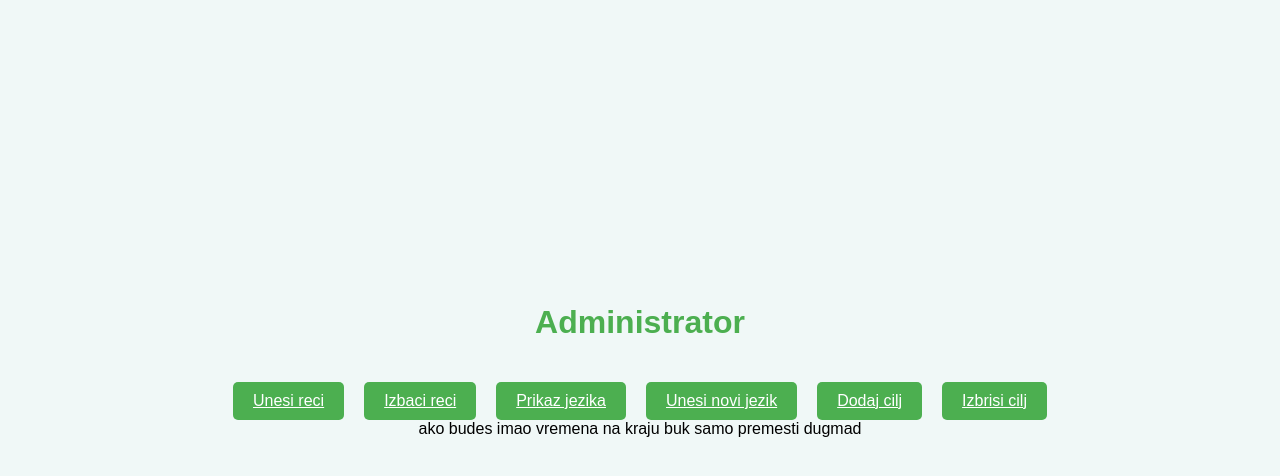
Repository: jodz4k/Polilingo-Spring-web-app
Page: http://localhost/PolilingoWeb/administrator.jsp
The author's editor kept a copy of each file at every save. The page is drawn from the files as they stood at one save, then again after the next save.
The browser window is 1280 px wide. The pictures show the whole page.
The page is served by Tomcat 10.

Above is the page before, as saved 2024-01-29 20:00:34.

After the next save:
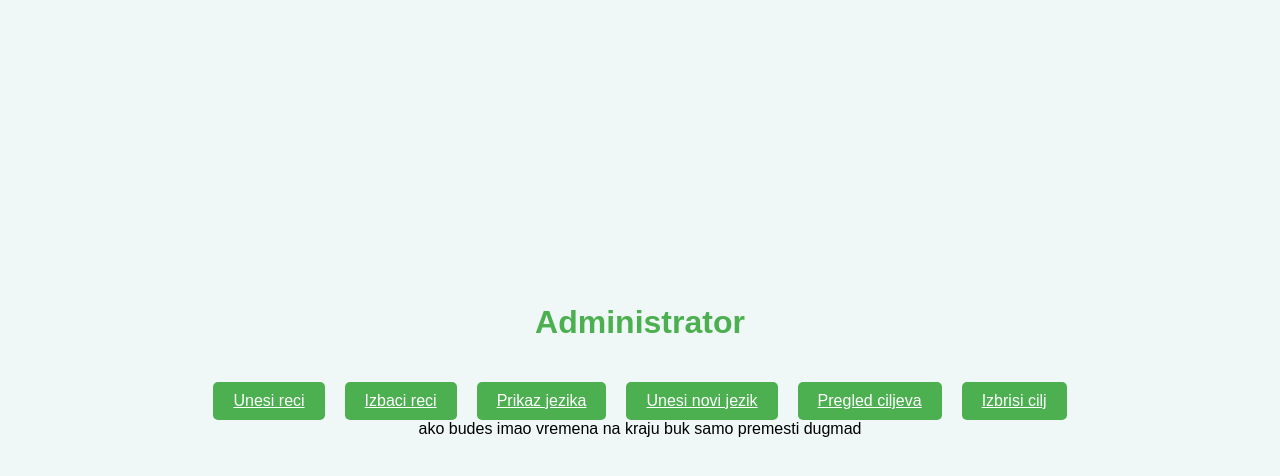
Saved 2 min 10 s later.
--- a/PolilingoWeb/src/main/webapp/administrator.jsp
+++ b/PolilingoWeb/src/main/webapp/administrator.jsp
@@ -74,7 +74,7 @@
 		<a href="/Polilingo/admIzbacivanjeReci.jsp" class="button remove-words-button">Izbaci reci</a>
 		<a href="/Polilingo/jezik/ispisiJezike" class="button view-stats-button">Prikaz jezika</a>
 		<a href="/Polilingo/admUnesiJezik.jsp" class="button add-language-button">Unesi novi jezik</a>
-		<a href="/Polilingo/admUnesiJezik.jsp" class="button add-language-button">Dodaj cilj</a>
+		<a href="/Polilingo/admUnesiJezik.jsp" class="button add-language-button">Pregled ciljeva</a>
 		<a href="/Polilingo/admUnesiJezik.jsp" class="button add-language-button">Izbrisi cilj</a>
     </div>
 
